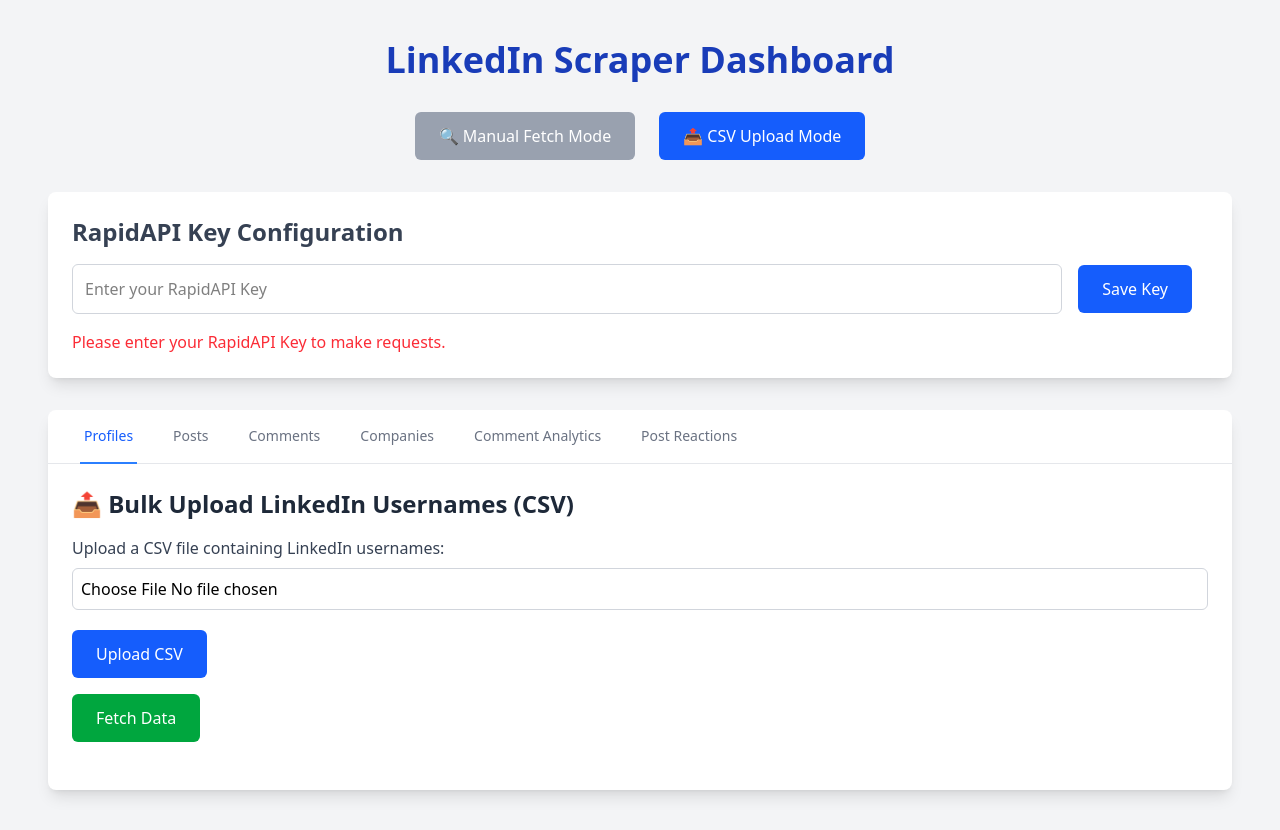
Repository: vigneshcj001/LinkedIn-Scraper-Dashboard
Page: /, after clicking the first element matching `div.flex > :nth-child(2)`
An editor plug-in stored every save of this project. The page is shown before and after the next save, followed by the edit.
The browser window is 1280 px wide. The pictures show the whole page.
The project was rebuilt for these pictures with package versions that can differ from the ones it lists, and the page was loaded fresh each time. Also part of the build but not shown: vite.config.js, src/components/DataTable.jsx, src/components/tabs/PostsTab.jsx, src/components/tabs/CommentsTab.jsx, src/components/tabs/CompanyTab.jsx, src/components/tabs/AnalyticsTab.jsx, src/components/tabs/ReactionsTab.jsx, src/components/BulkUpload/BulkPostsUploadTab.jsx and 4 more.

Above is the page before, as saved 2025-11-05 14:29:36.

After the next save:
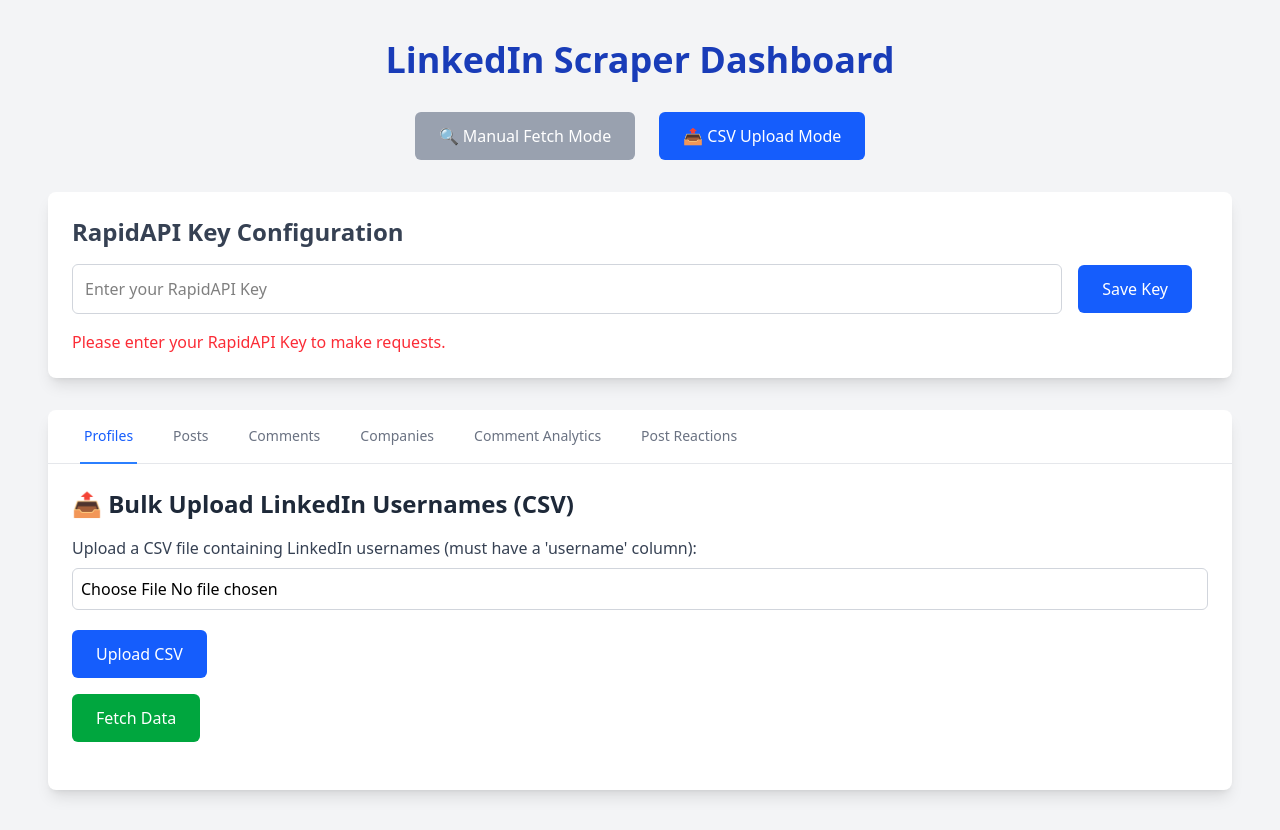
Saved 92 s later.
--- a/src/components/BulkUpload/BulkProfileUploadTab.jsx
+++ b/src/components/BulkUpload/BulkProfileUploadTab.jsx
@@ -155,7 +155,7 @@
         {/* CSV Upload Field */}
         <div>
           <label className="block text-gray-700 font-medium mb-2">
-            Upload a CSV file containing LinkedIn usernames:
+            Upload a CSV file containing LinkedIn usernames (must have a 'username' column):
           </label>
           <input
             type="file"
